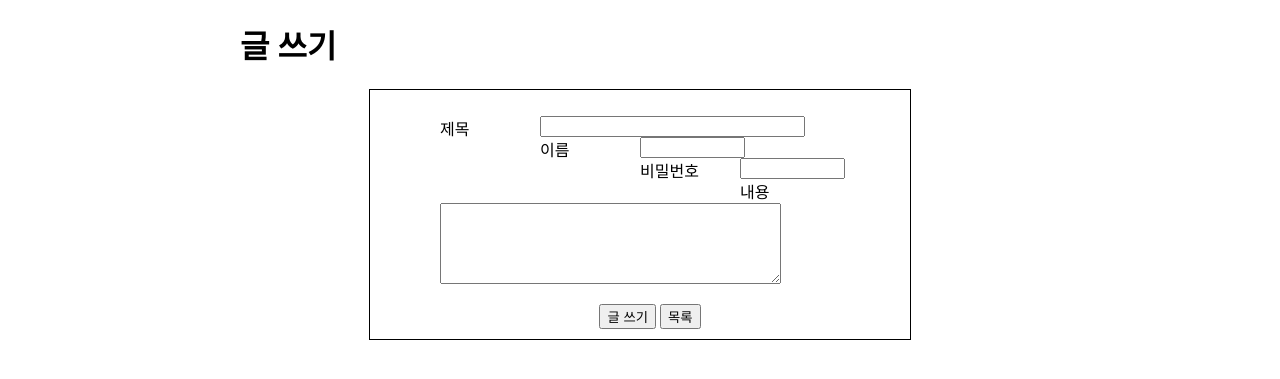
Repository: coolSummer1119/study
Page: http://localhost/ch03_Jsp/ch19_employee/writeForm.jsp
These files come from the project's save history. The page is drawn as it stood at one moment and after the next save; the edit follows.
The browser window is 1280 px wide. The pictures show the whole page.
The page is served by Tomcat 9. The session is filled in as if someone had signed in: {"user_num": 1, "user_id": 1}. Other server files are loaded and not shown.

Above is the page before, as saved 2024-05-03 02:17:38.

### workspace/ch03_Jsp/src/main/webapp/ch19_employee/writeForm.jsp
<%@ page language="java" contentType="text/html; charset=UTF-8"
    pageEncoding="UTF-8"%>
<!DOCTYPE html>
<html>
<head>
<meta charset="UTF-8">
<title>글 쓰기</title>
<link rel="stylesheet" href="<%= request.getContextPath() %>/CSS/style.css" type="text/css">
</head>
<body>
<div class="page-main">
	<h1>글 쓰기</h1>
	<form id="write_form" action="write.jsp" method="post">
		<ul>
			<li>
				<label for="title">제목</label>
				<input type="text" name="title" id="title" size="30" maxlength="50">
			</li>
			<li>
				<label for="name">이름</label>
				<input type="text" name="name" id="name" size="10" maxlength="10">
			</li>
			<li>
				<label for="passwd">비밀번호</label>
				<input type="password" name="passwd" id="passwd" size="10" maxlength="12">
			</li>
			<li>
				<label for="content">내용</label>
				<textarea rows="5" cols="40" name="content" id="content"></textarea>
			</li>
		</ul>
		<div class="align-center">
			<input type="submit" value="글 쓰기">
			<input type="button" value="목록" onclick="location.href='list.jsp'">
		</div>
	</form>
</div>
</body>
</html>

### workspace/ch03_Jsp/src/main/webapp/CSS/style.css
@charset "UTF-8";


body{
	padding: 0;
	margin: 0;
}
.page-main{
	width: 800px;
	margin: 0 auto;/* 중앙정렬 */

}
.result-display{
	width: 400px;
	height: 200px;
	margin: 50px auto;
	border: 1px solid #000;
	display: flex;
	align-content: center;/* 세로정렬 */
	justify-content: center;/* 가로정렬 */

}
.align-center{
	text-align: center;
}
.align-right{
	text-align: right;
}
/* 목록 */
table{
	width: 100%;
	border: 1px solid #000;
	border-collapse: collapse;
	margin-top: 5px;
}
table td, table th{
	border: 1px solid #000;
	padding: 5px;
}
/* 등록, 수정폼 */
form{
	width: 500px;
	margin: 0 auto;
	border: 1px solid #000;
	padding: 10px 10px 10px 30px;
}
ul{
	list-style: none;
}
label {
	width: 100px;
	float: left; /* 태그를 왼쪽으로 정렬 */
}

After the next save:
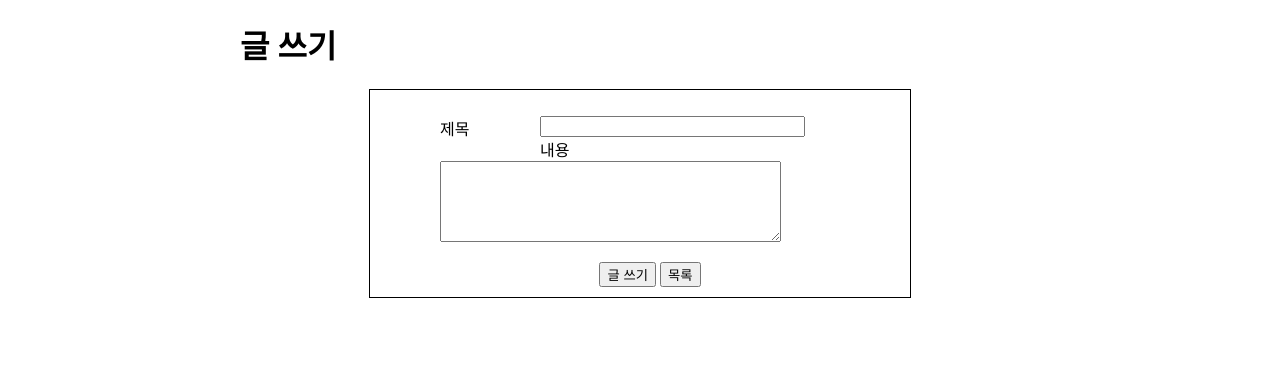
Saved 46 s later.
--- a/workspace/ch03_Jsp/src/main/webapp/ch19_employee/writeForm.jsp
+++ b/workspace/ch03_Jsp/src/main/webapp/ch19_employee/writeForm.jsp
@@ -6,6 +6,24 @@
 <meta charset="UTF-8">
 <title>글 쓰기</title>
 <link rel="stylesheet" href="<%= request.getContextPath() %>/CSS/style.css" type="text/css">
+<script type="text/javascript">
+window.onload=function(){
+	const myForm = document.getElementById('write_form');
+	//이벤트 연결
+	myForm.onsubmit =function(){
+		const items = document.querySelectorAll('input[type="text"],textarea');
+		for(let i=0; i<items.length; i++){
+			if(items[i].value.trim()==''){
+				const label = document.querySelector('label[for="'+items[i].id+'"]')
+				alert(label.textContent +' 항목은 필수 입력');
+				items[i].value='';
+				items[i].focus();
+				return false;
+			}
+		}
+	};
+};
+</script>
 </head>
 <body>
 <div class="page-main">
@@ -15,14 +33,6 @@
 			<li>
 				<label for="title">제목</label>
 				<input type="text" name="title" id="title" size="30" maxlength="50">
-			</li>
-			<li>
-				<label for="name">이름</label>
-				<input type="text" name="name" id="name" size="10" maxlength="10">
-			</li>
-			<li>
-				<label for="passwd">비밀번호</label>
-				<input type="password" name="passwd" id="passwd" size="10" maxlength="12">
 			</li>
 			<li>
 				<label for="content">내용</label>
